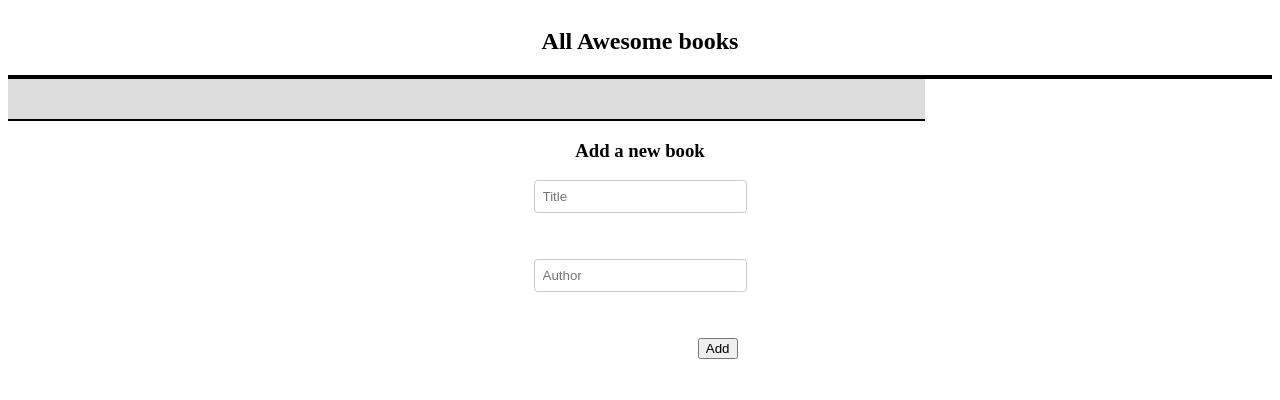
Repository: Salimer/Awesome-books
Page: index.html
The author's editor kept a copy of each file at every save. The page is drawn from the files as they stood at one save, then again after the next save.
The browser window is 1280 px wide. The pictures show the whole page.
The style sheet was rebuilt from its Sass, Less or Tailwind sources for each picture, by a compiler version that may differ from the author's.

Above is the page before, as saved 2023-04-25 12:09:25.

After the next save:
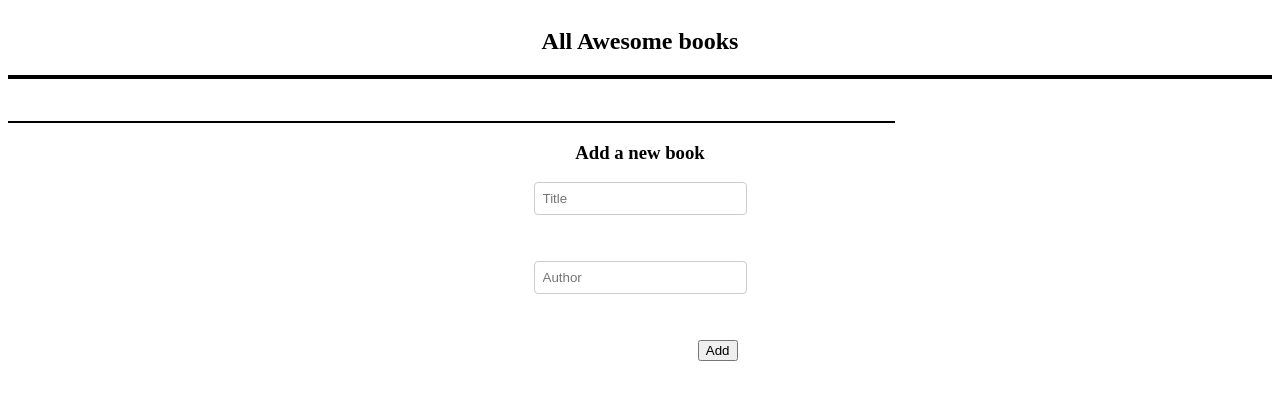
Saved 53 s later.
--- a/style.scss
+++ b/style.scss
@@ -12,7 +12,7 @@
     border: 2px solid black;
   }
 
-  div {
+  .book-info {
     display: flex;
     justify-content: space-between;
     padding: 0 1rem;
